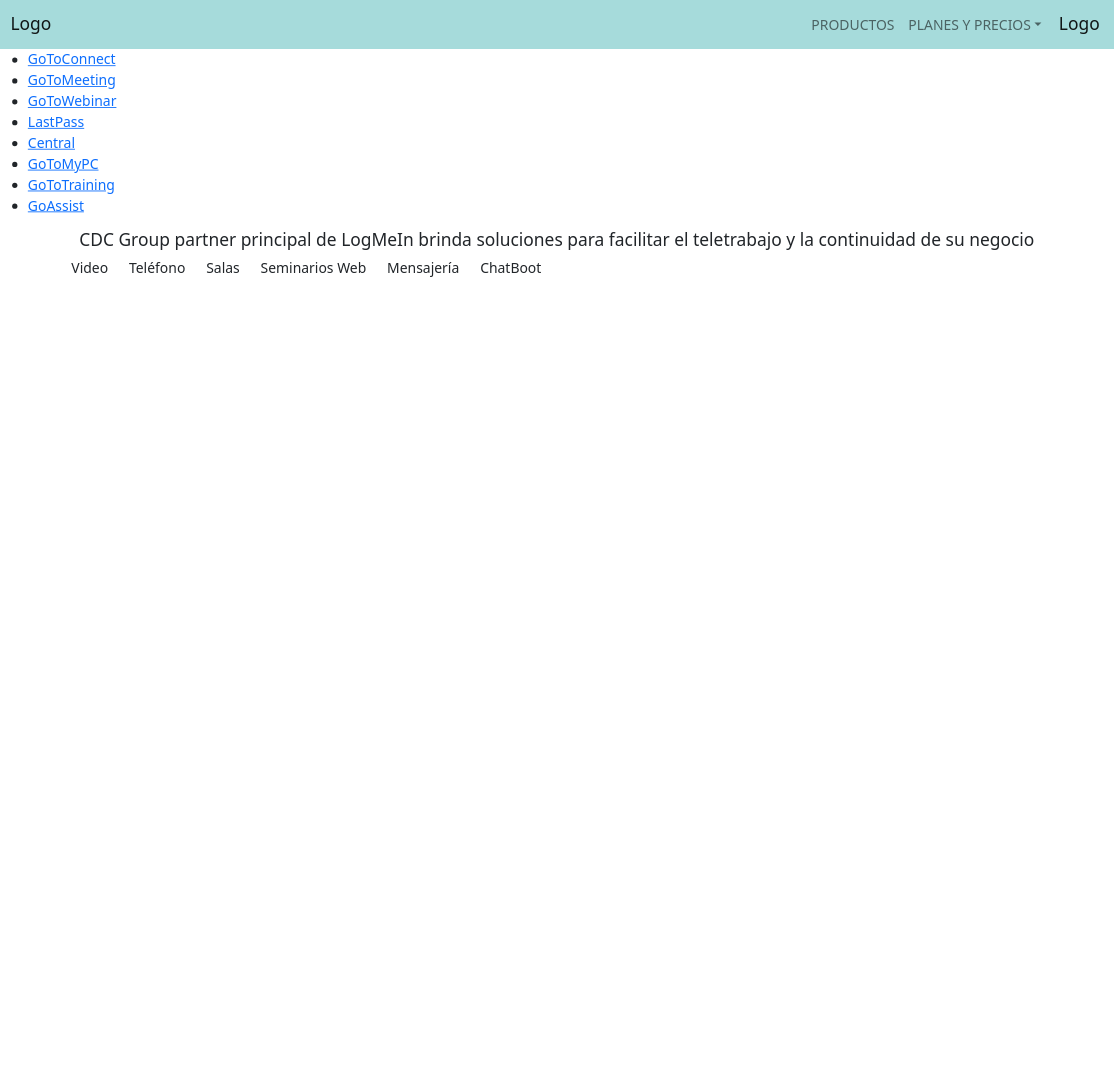
Repository: onehitwondermx/cdclogmein
Page: index.html
The author's editor kept a copy of each file at every save. The page is drawn from the files as they stood at one save, then again after the next save.
The browser window is 1280 px wide. The pictures show the whole page, at 87% of full size.

Above is the page before, as saved 2021-06-03 20:55:54.

### index.html
<!DOCTYPE html>
<html lang="es">
  <head>
    <meta charset="utf-8">
    <meta name="viewport" content="width=device-width, initial-scale=1">
    <script src="https://cdn.jsdelivr.net/npm/bootstrap@5.0.1/dist/js/bootstrap.bundle.min.js" integrity="sha384-gtEjrD/SeCtmISkJkNUaaKMoLD0//ElJ19smozuHV6z3Iehds+3Ulb9Bn9Plx0x4" crossorigin="anonymous"></script>
    <link href="https://cdn.jsdelivr.net/npm/bootstrap@5.0.1/dist/css/bootstrap.min.css" rel="stylesheet" integrity="sha384-+0n0xVW2eSR5OomGNYDnhzAbDsOXxcvSN1TPprVMTNDbiYZCxYbOOl7+AMvyTG2x" crossorigin="anonymous">
    <title>LogMeIn - CDC Gropu</title>
  </head>
<body>
  <nav class="navbar sticky-top navbar-expand-lg navbar-light" style="background-color: #a6dbdb;">
    <div class="container-fluid">
        <a href="#" class="navbar-brand">Logo</a>
        <button class="navbar-toggler" type="button" data-bs-toggle="collapse" data-bs-target="#navbarText" aria-controls="navbarText" aria-expanded="false" aria-label="Toggle navigation">
          <span class="navbar-toggler-icon"></span>
        </button>
        <div class="collapse navbar-collapse" id="navbarText"></div>
            <ul class="navbar-nav me-auto mb-2 mb-lg-0">
              <li class="nav-item"><a class="nav-link" href="#">PRODUCTOS</a></li>
              <li class="nav-item dropdown"><a class="nav-link dropdown-toggle" href="#" id="navbarScrollingDropdown" role="button" data-bs-toggle="dropdown" aria-expanded="false">PLANES Y PRECIOS</a></li>
            </ul>
        </div>
        <a href="#" class="navbar-brand">Logo</a>
    </div>
  </nav>
      <!-- Dropdown Structure -->
    <ul id="dropdown1" class="dropdown-content">
      <li><a href="#">GoToConnect</a></li>
      <li><a href="#">GoToMeeting</a></li>
      <li><a href="#">GoToWebinar</a></li>
      <li><a href="#">LastPass</a></li>
      <li><a href="#">Central</a></li>
      <li><a href="#">GoToMyPC</a></li>
      <li><a href="#">GoToTraining</a></li>
      <li><a href="#">GoAssist</a></li>
    </ul>
    </div>

  <div class="container-fluid">
      <div class="row justify-content-md-center">
        <div class="col-md-auto">
          <h5 class="center-align">
            CDC Group partner principal de LogMeIn brinda soluciones para facilitar el teletrabajo y la continuidad de su negocio
          </h5>
        </div>
      </div>
  </div>
  <div class="container">
    <div class="row row-cols-auto">
      <div class="col">
        <span>Video</span>
      </div>
      <div class="col">
        <span>Teléfono</span>
      </div>
      <div class="col">
        <span>Salas</span>
      </div>
      <div class="col">
        <span>Seminarios Web</span>
      </div>
      <div class="col">
        <span>Mensajería
        </span>
      </div>
      <div class="col">
        <span>ChatBoot</span>
      </div>
    </div>
  </div>

   <br><br><br><br><br><br><br><br><br><br><br><br><br><br><br><br><br><br><br><br><br><br><br><br><br><br><br><br><br><br><br><br><br><br><br><br><br><br>
  </body>
</html>

After the next save:
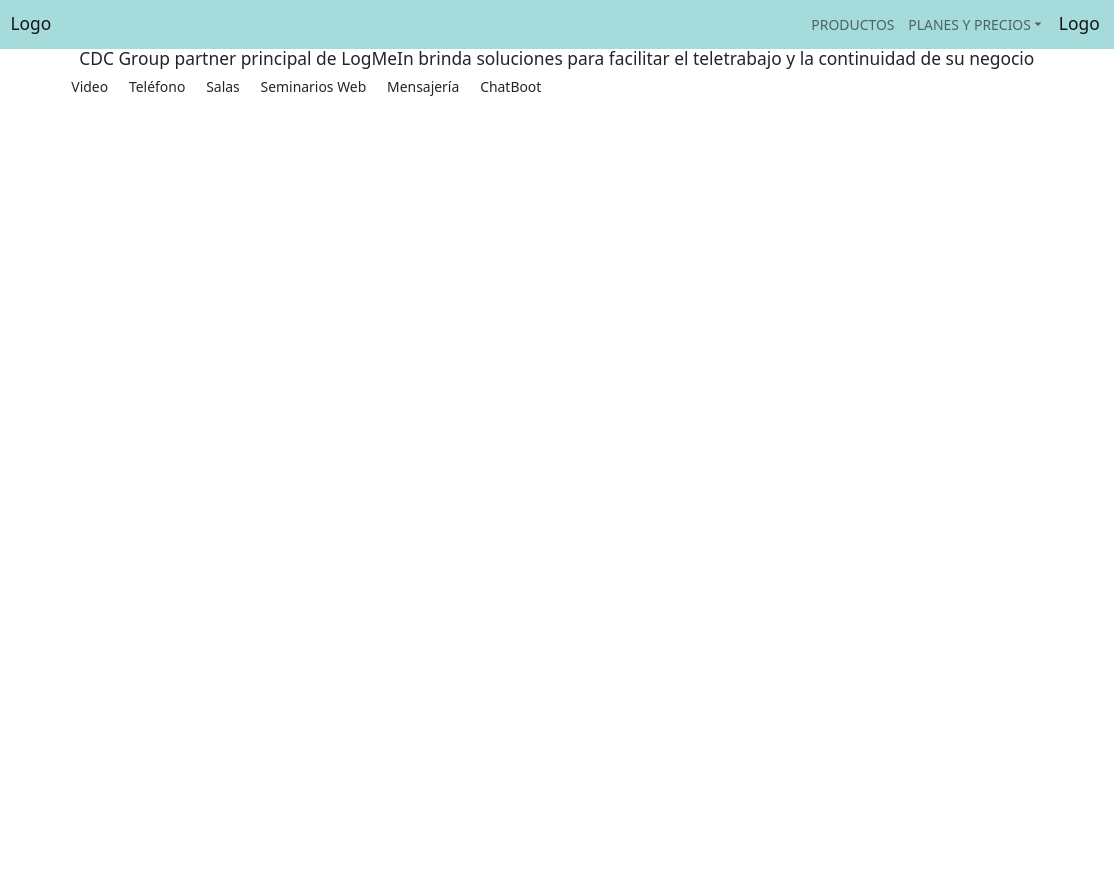
Saved 34 s later.
--- a/index.html
+++ b/index.html
@@ -24,7 +24,7 @@
     </div>
   </nav>
       <!-- Dropdown Structure -->
-    <ul id="dropdown1" class="dropdown-content">
+      <ul class="dropdown-menu" aria-labelledby="navbarScrollingDropdown">
       <li><a href="#">GoToConnect</a></li>
       <li><a href="#">GoToMeeting</a></li>
       <li><a href="#">GoToWebinar</a></li>
